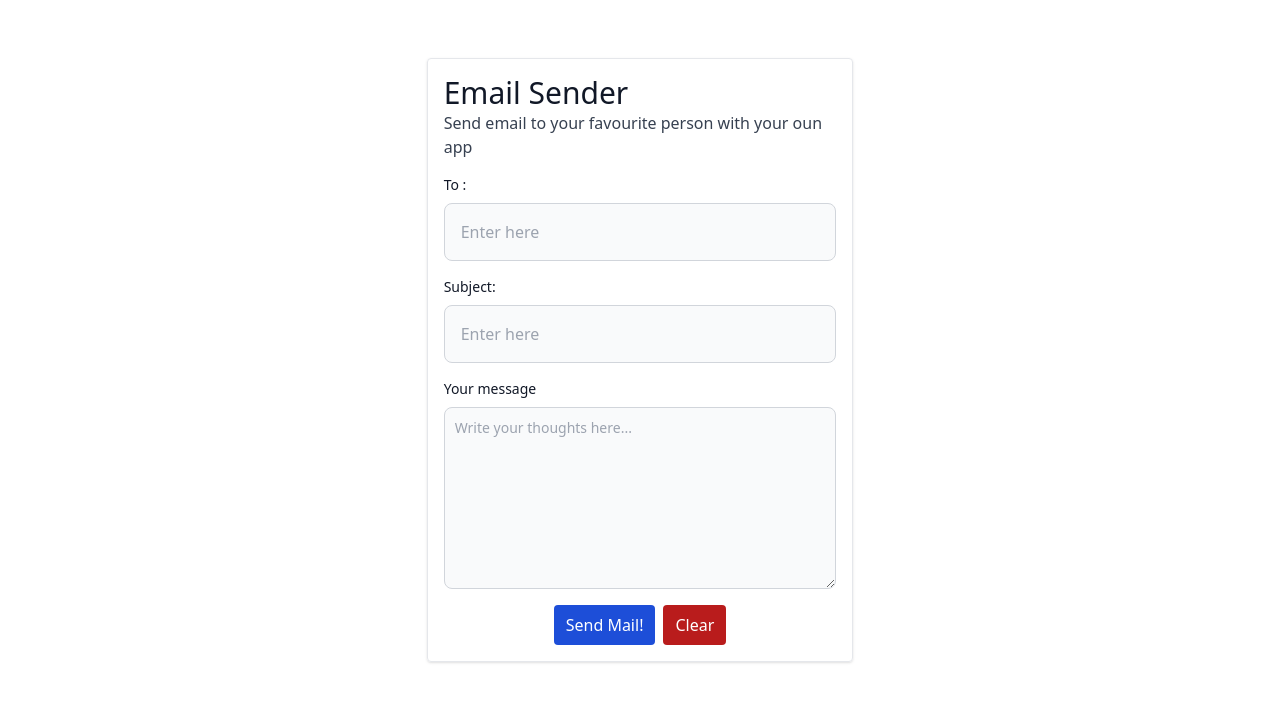
Repository: vikas-1234/EmailReactProject
Page: / (app in email-sender/)
The author's editor kept a copy of each file at every save. The page is drawn from the files as they stood at one save, then again after the next save.
The browser window is 1280 px wide. The pictures show the whole page.
The project was rebuilt for these pictures with package versions that can differ from the ones it lists, and the page was loaded fresh each time. Also part of the build but not shown: email-sender/vite.config.js, email-sender/src/App.css.

Above is the page before, as saved 2024-04-20 15:11:49.

### email-sender/src/App.jsx

import './App.css'
import EmailSender from './components/EmailSender'

function App() {


  return (
    <>
      <EmailSender/>
    </>
  )
}

export default App

### email-sender/src/components/EmailSender.jsx

function EmailSender() {
  return (
    /* The code `<div>EmailSender</div>` is creating a JSX element in React. It is rendering a `<div>`
    element with the text content "EmailSender" inside it. This JSX element will be displayed as a
    div with the text "EmailSender" when the `EmailSender` component is rendered. */
    // <div>EmailSender</div>
    <div className="w-full min-h-screen flex justify-center items-center">



<div className="email_card w-1/3 p-4 border rounded shadow">
<h1 className="text-gray-900 text-3xl">Email Sender</h1>
<p className="text-gray-700"> Send email to your favourite person with your oun app  </p>

<form action="">

{/* To Section */}

<div className="input_field mt-4">
<label for="large-input" class="block mb-2 text-sm font-medium text-gray-900 dark:text-white" >To :</label>
<input type="text" placeholder="Enter here" id="large-input" class="block w-full p-4 text-gray-900 border border-gray-300 rounded-lg bg-gray-50 text-base focus:ring-blue-500 focus:border-blue-500 dark:bg-gray-700 dark:border-gray-600 dark:placeholder-gray-400 dark:text-white dark:focus:ring-blue-500 dark:focus:border-blue-500"></input>
</div>
{/* To Subject */}

<div className="input_field mt-4">
<label for="large-input" class="block mb-2 text-sm font-medium text-gray-900 dark:text-white" >Subject:</label>
<input type="text" placeholder="Enter here" id="large-input" class="block w-full p-4 text-gray-900 border border-gray-300 rounded-lg bg-gray-50 text-base focus:ring-blue-500 focus:border-blue-500 dark:bg-gray-700 dark:border-gray-600 dark:placeholder-gray-400 dark:text-white dark:focus:ring-blue-500 dark:focus:border-blue-500"></input>
</div>

{/* Message Section */}

<div className="form_field mt-4">
<label for="message" class="block mb-2 text-sm font-medium text-gray-900 dark:text-white">Your message</label>
<textarea id="message" rows="8" class="block p-2.5 w-full text-sm text-gray-900 bg-gray-50 rounded-lg border border-gray-300 focus:ring-blue-500 focus:border-blue-500 dark:bg-gray-700 dark:border-gray-600 dark:placeholder-gray-400 dark:text-white dark:focus:ring-blue-500 dark:focus:border-blue-500" placeholder="Write your thoughts here..."></textarea>

</div>

<div className="button_container mt-4 flex justify-center gap-2">
<button className="hover:bg-blue-900 text-white bg-blue-700 px-3 py-2 rounded">Send Mail!</button>
<button className="hover:bg-red-900 text-white bg-red-700 px-3 py-2 rounded">Clear</button>

</div>








</form>









    </div>
    </div>

  )
}

export default EmailSender;

### email-sender/tailwind.config.js
/** @type {import('tailwindcss').Config} */
export default {
  content: ["./index.html",
  "./src/**/*.{js,ts,jsx,tsx}",],
  theme: {
    extend: {},
  },
  plugins: [],
  darkMode:'selector',
}

Loaded but not shown: email-sender/index.html (common file); email-sender/src/main.jsx (common file); email-sender/src/index.css (common file)

After the next save:
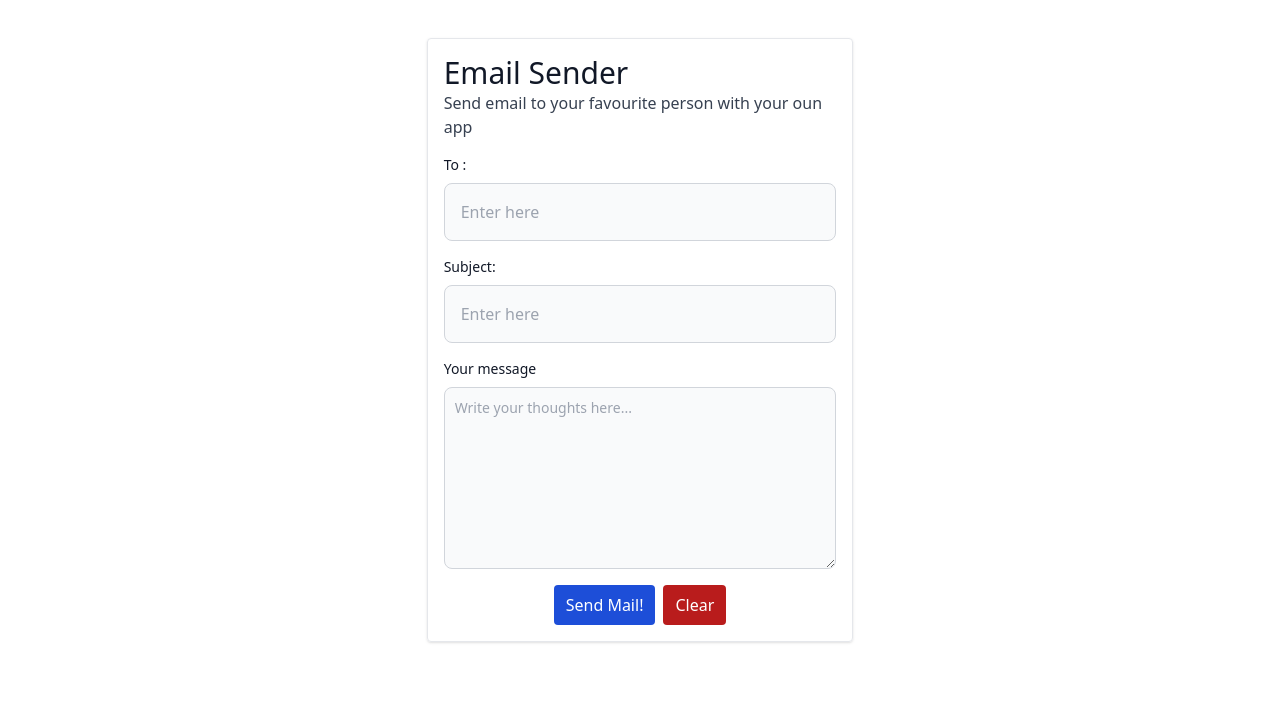
Saved 42 s later.
--- a/email-sender/src/components/EmailSender.jsx
+++ b/email-sender/src/components/EmailSender.jsx
@@ -9,7 +9,7 @@ function EmailSender() {
 
 
 
-<div className="email_card w-1/3 p-4 border rounded shadow">
+<div className="email_card w-1/3 -mt-10 p-4 border rounded shadow">
 <h1 className="text-gray-900 text-3xl">Email Sender</h1>
 <p className="text-gray-700"> Send email to your favourite person with your oun app  </p>
 
